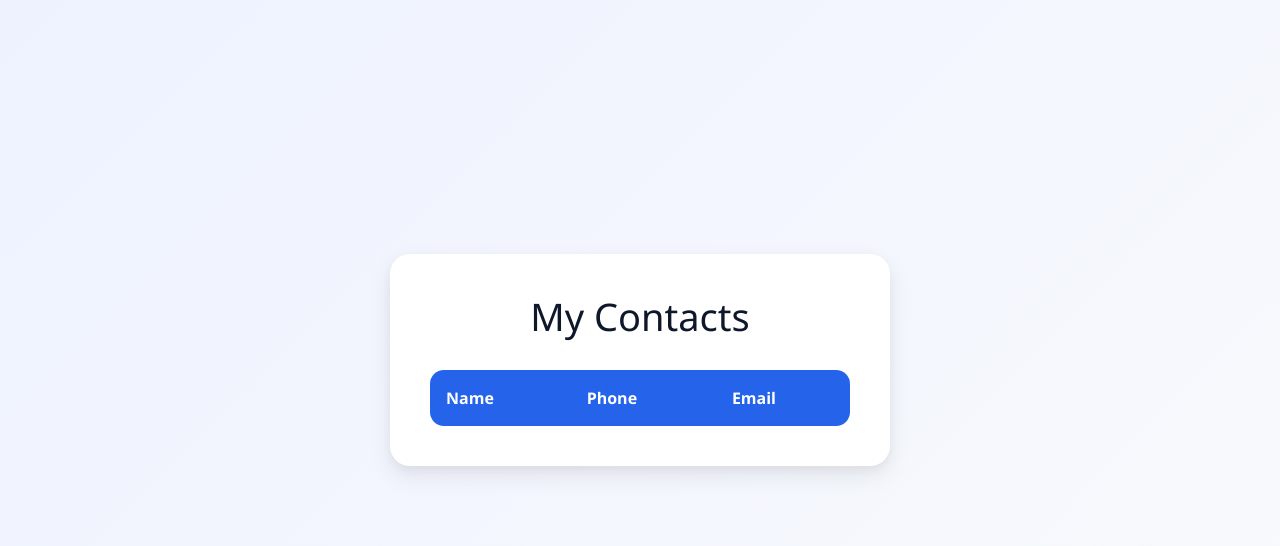
Repository: Slyadavkir/wipro-projects
Page: http://localhost/ContactManager/contacts.jsp
These files come from the project's save history. The page is drawn as it stood at one moment and after the next save; the edit follows.
The browser window is 1280 px wide. The pictures show the whole page.
The page is served by Tomcat 9.

Above is the page before, as saved 2026-05-10 11:21:27.

After the next save:
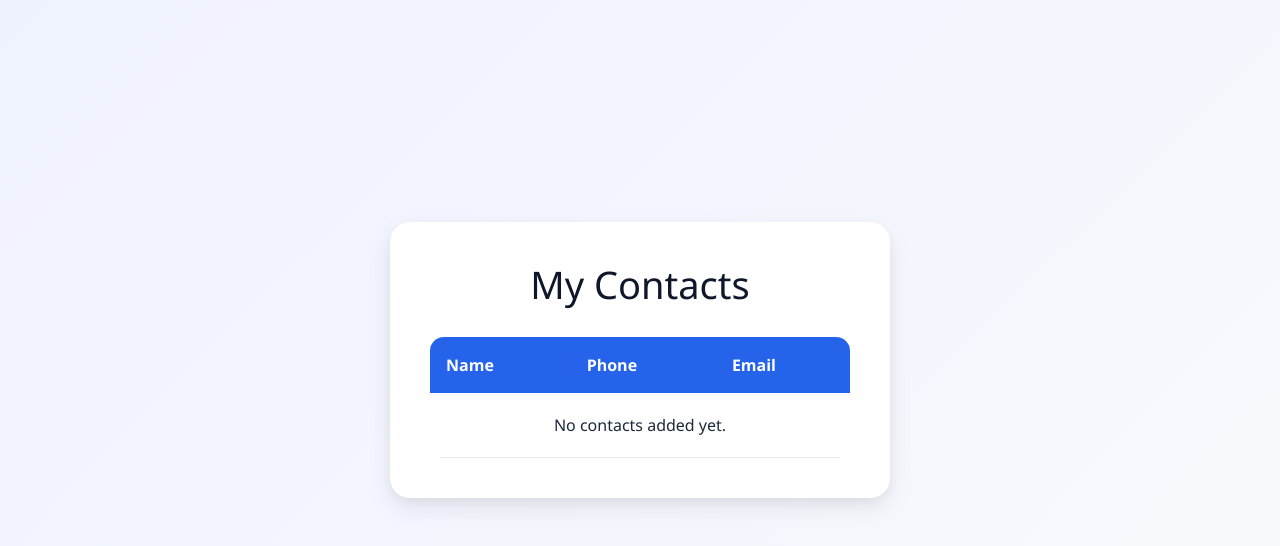
Saved 67 s later.
--- a/ContactManager/src/main/webapp/contacts.jsp
+++ b/ContactManager/src/main/webapp/contacts.jsp
@@ -18,23 +18,58 @@
 
     <div class="table-container">
 
-        <table>
+       <table>
 
-            <thead>
-                <tr>
-                    <th>Name</th>
-                    <th>Phone</th>
-                    <th>Email</th>
-                </tr>
-            </thead>
+    <thead>
+        <tr>
+            <th>Name</th>
+            <th>Phone</th>
+            <th>Email</th>
+        </tr>
+    </thead>
 
-            <tbody>
+    <tbody>
 
-                <!-- Loop contacts here -->
+    <%
 
-            </tbody>
+        List<Contact> contacts =
+                (List<Contact>) session.getAttribute("contacts");
 
-        </table>
+        if (contacts != null && !contacts.isEmpty()) {
+
+            for (Contact c : contacts) {
+
+    %>
+
+    <tr>
+
+        <td><%= c.getName() %></td>
+        <td><%= c.getPhone() %></td>
+        <td><%= c.getEmail() %></td>
+
+    </tr>
+
+    <%
+            }
+        } else {
+    %>
+
+    <tr>
+
+        <td colspan="3"
+            style="text-align:center; padding:20px;">
+            No contacts added yet.
+        </td>
+
+    </tr>
+
+    <%
+        }
+    %>
+
+    </tbody>
+
+</table>
 
     </div>
 
